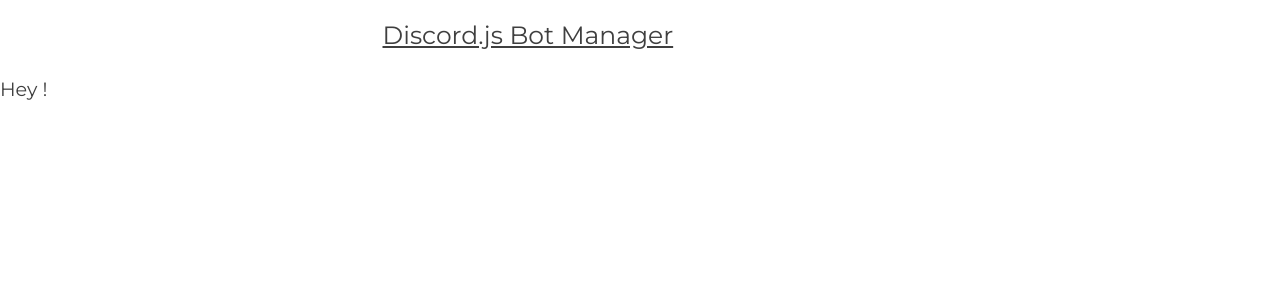
Repository: O-Schell/Discord-Bot-Manager
Page: Web_Interface/main.HTML
An editor plug-in stored every save of this project. The page is shown before and after the next save, followed by the edit.
The browser window is 1280 px wide. The pictures show the whole page.
The style sheet was rebuilt from its Sass, Less or Tailwind sources for each picture, by a compiler version that may differ from the author's.

Above is the page before, as saved 2020-11-24 21:03:19.

After the next save:
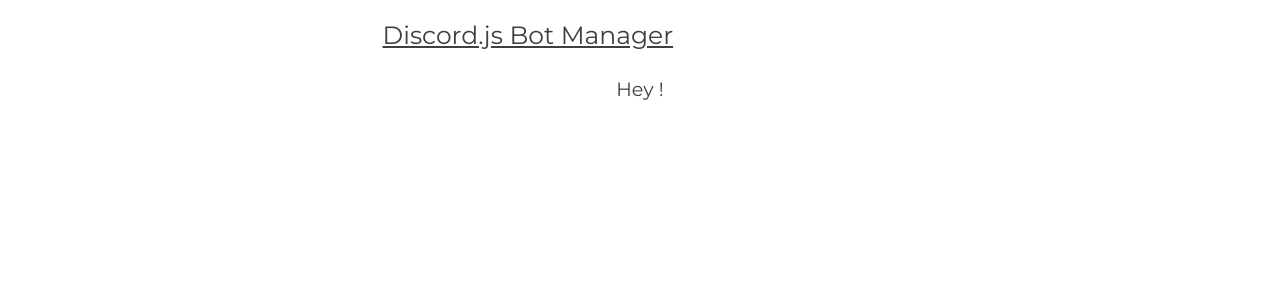
Saved 35 s later.
--- a/Web_Interface/main.HTML
+++ b/Web_Interface/main.HTML
@@ -20,7 +20,9 @@
       <h1><u>Discord.js Bot Manager</u></h1>
     </div>
   </div>
-  <p1 class="center-text">Hey !</p1>
+  <div class="center-text">
+  <p1>Hey !</p1>
+</div>
 </body>
 
 </html>
